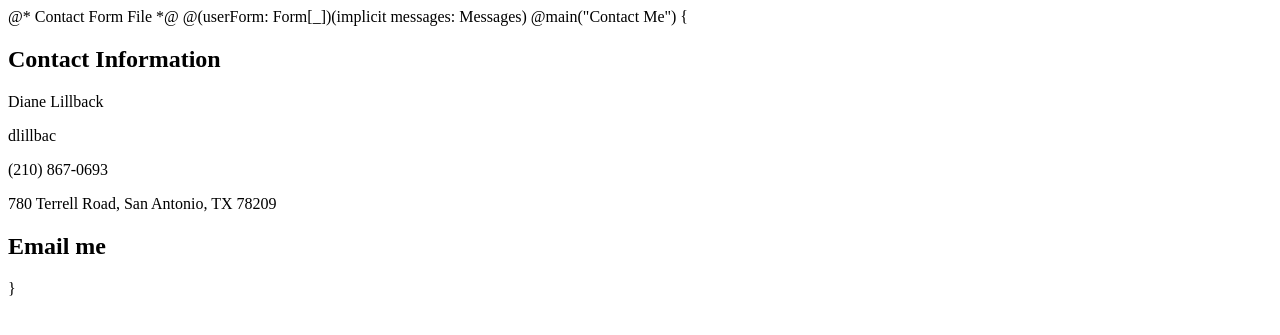
Repository: arthurfeeney/Interior-Design
Page: server/app/views/contact.scala.html
These files come from the project's save history. The page is drawn as it stood at one moment and after the next save; the edit follows.
The browser window is 1280 px wide. The pictures show the whole page.

Above is the page before, as saved 2019-03-31 20:01:14.

### server/app/views/contact.scala.html
@* Contact Form File *@
@(userForm: Form[_])(implicit messages: Messages)

@main("Contact Me") {
<h2> Contact Information</h2>
<p>
  Diane Lillback
</p>
<p>
  dlillbac
</p>
<p>
  (210) 867-0693
</p>
<p>
  780 Terrell Road, San Antonio, TX 78209
</p>

<h2> Email me</h2>


}

After the next save:
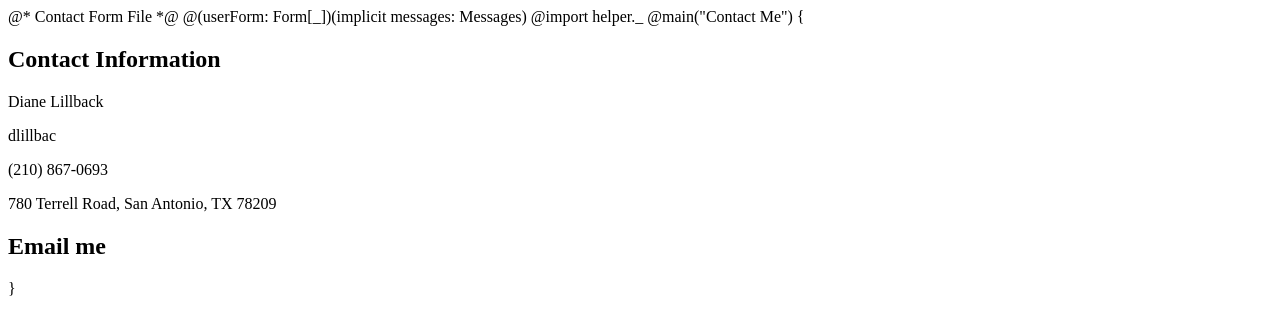
Saved 28 s later.
--- a/server/app/views/contact.scala.html
+++ b/server/app/views/contact.scala.html
@@ -1,5 +1,7 @@
 @* Contact Form File *@
 @(userForm: Form[_])(implicit messages: Messages)
+
+@import helper._
 
 @main("Contact Me") {
 <h2> Contact Information</h2>
